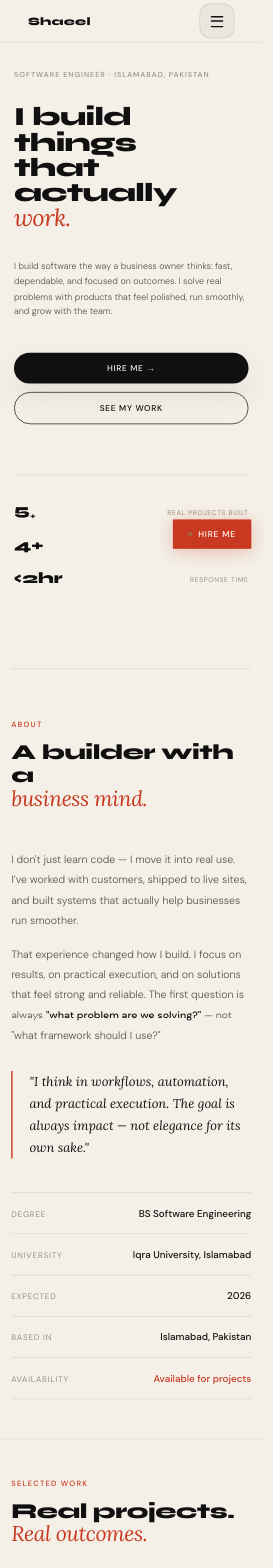
Repository: Shaeel-0005/CV-Portfolio
Page: shaeel-portfolio.html
An editor plug-in stored every save of this project. The page is shown before and after the next save, followed by the edit.
The browser window is 375 px wide. The page is 375 px wide, then 390 px, so the pictures cover 390 px, including what lies to the right of the window. The pictures show the part of the page from y = 0 to 2240 px (the page is 6120 px tall before and 6021 px after), at 70% of full size.

Above is the page before, as saved 2026-04-24 09:45:19.

After the next save:
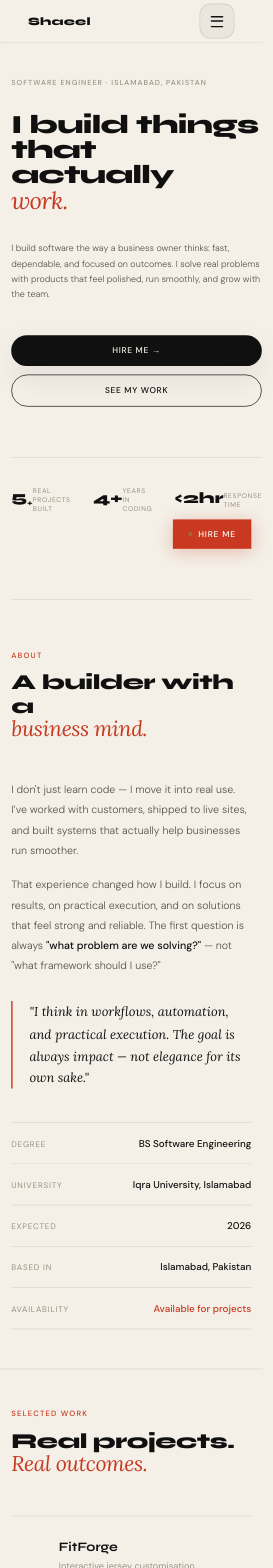
Saved 9 s later.
--- a/shaeel-portfolio.html
+++ b/shaeel-portfolio.html
@@ -743,10 +743,7 @@ footer a:hover { color: rgba(244,240,232,.6); }
     font-size: .8rem;
     line-height: 1.7;
   }
-  .hero-meta {
-    flex-direction: column;
-    gap: 20px;
-  }
+  .hero-left { padding: 32px 16px 48px; }
   .meta-item {
     display: flex;
     justify-content: space-between;
